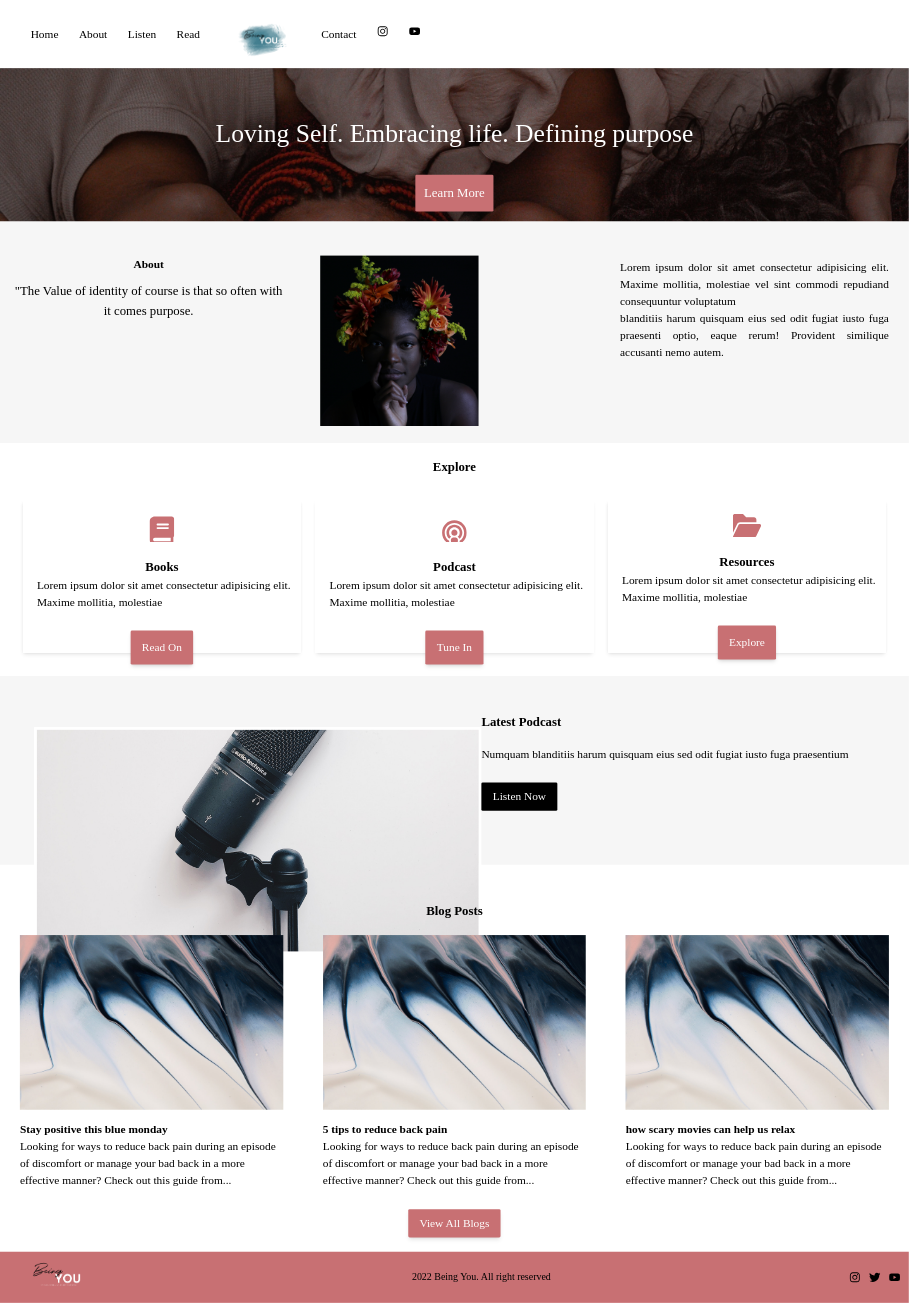
Repository: BrightonMboya/being-you
Page: /
The author's editor kept a copy of each file at every save. The page is drawn from the files as they stood at one save, then again after the next save.
The browser window is 1280 px wide. The pictures show the whole page, at 71% of full size.
The project was rebuilt for these pictures with package versions that can differ from the ones it lists, and the page was loaded fresh each time.

Above is the page before, as saved 2022-05-29 11:45:26.

After the next save:
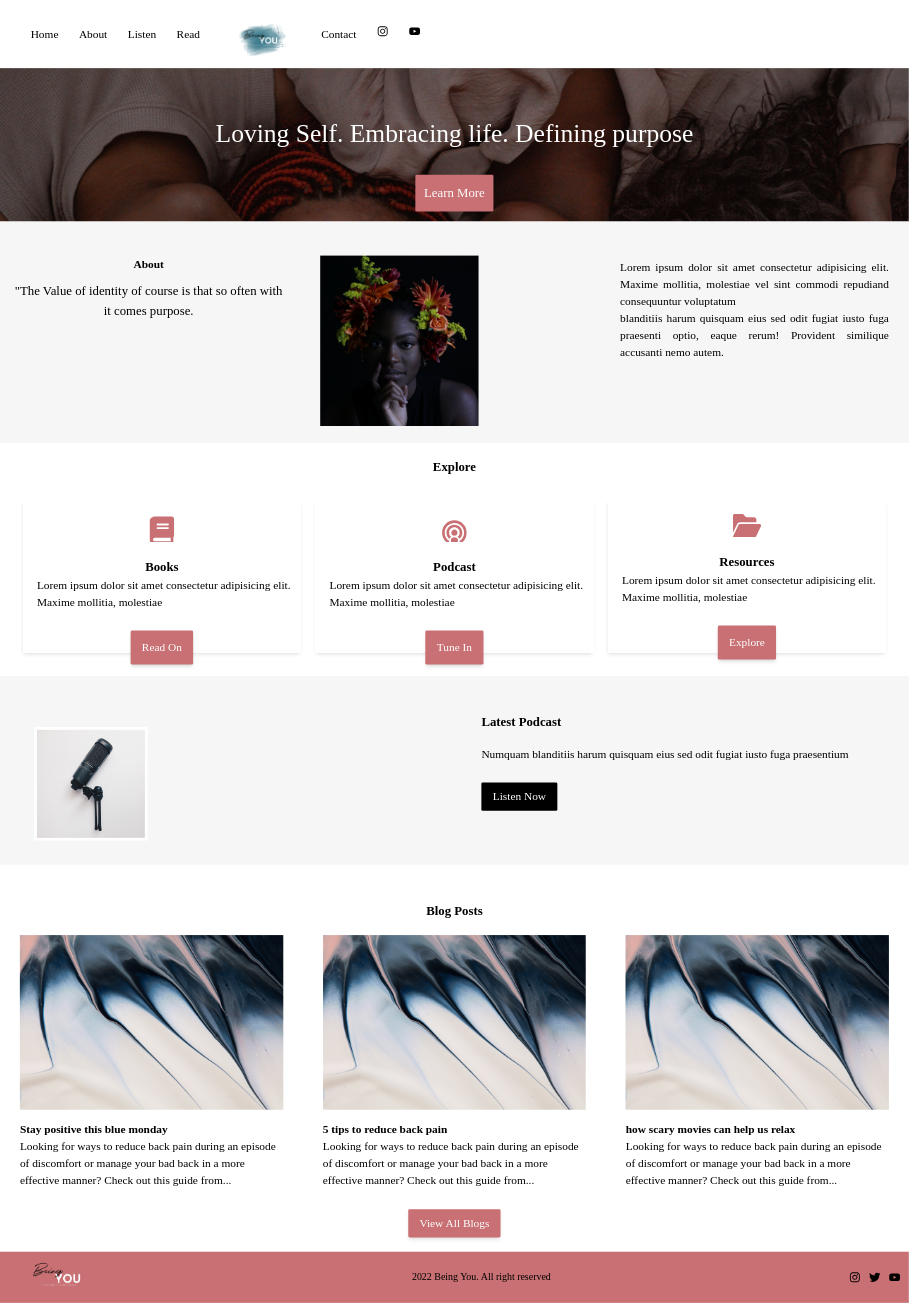
Saved 10 s later.
--- a/src/Components/Podcast/Podcast.jsx
+++ b/src/Components/Podcast/Podcast.jsx
@@ -8,7 +8,7 @@ const Podcast = () => {
         <img
           src={mic}
           alt=""
-          className="h-40 w-15 object-cover  mt-[10vh] border-4 border-white md:h-80 w-full ml-12"
+          className="h-40 w-15 object-cover  mt-[10vh] border-4 border-white md:h-65 w-70 ml-12"
         />
         <div className="mt-[7vh] ml-7">
           <h3 className="font-semibold md:text-lg">Latest Podcast</h3>
